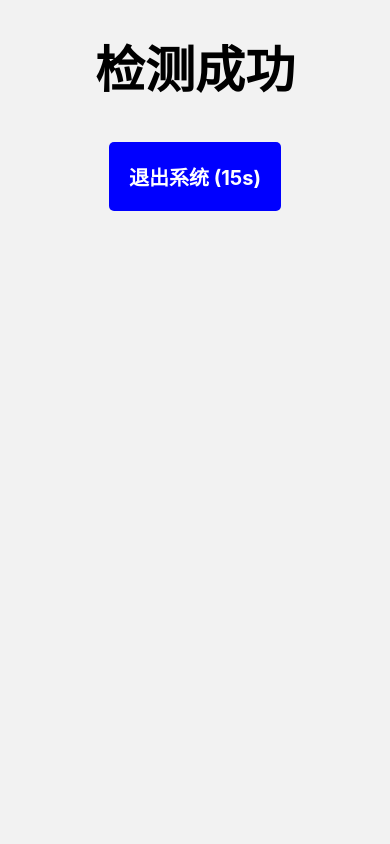
Repository: Declan-Deng/HuoXinApp
Screen: /完成界面
These files come from the project's save history. The screen is drawn as it stood at one moment and after the next save; the edit follows.
The app was drawn by React Native's web renderer in a window 390 px wide. The project was rebuilt for these pictures with package versions that can differ from the ones it lists, and the page was loaded fresh each time. Also part of the build but not shown: agreementPage/AgreementPage.js, testPage/CameraScreen.js.

Above is the screen before, as saved 2024-01-23 02:52:55.

After the next save:
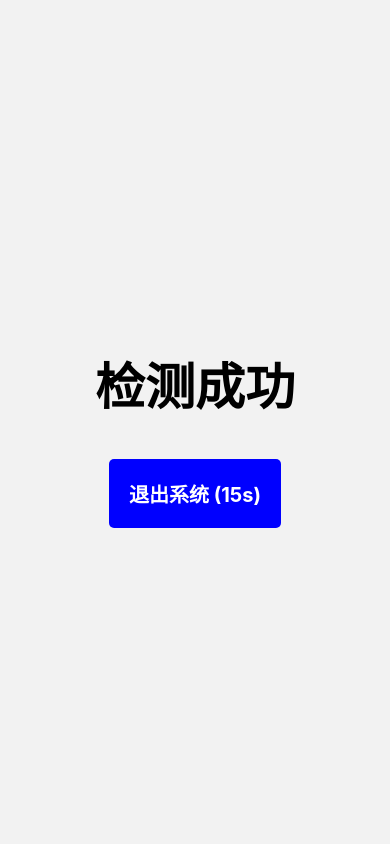
Saved 2 min 50 s later.
--- a/testPage/FinishPage.js
+++ b/testPage/FinishPage.js
@@ -29,18 +29,16 @@ export default function FinishPage(props) {
   };
 
   return (
-    <ScrollView>
-      <View style={[styles.center]}>
-        <Text style={[styles.h1]}>检测成功</Text>
-        <TouchableOpacity
-          style={styles.circleButton}
-          onPress={() => doLogout(props)}>
-          <Text style={styles.buttonText}>
-            退出系统 {countdown > 0 ? `(${countdown}s)` : ''}
-          </Text>
-        </TouchableOpacity>
-      </View>
-    </ScrollView>
+    <View style={[styles.center]}>
+      <Text style={[styles.h1]}>检测成功</Text>
+      <TouchableOpacity
+        style={styles.circleButton}
+        onPress={() => doLogout(props)}>
+        <Text style={styles.buttonText}>
+          退出系统 {countdown > 0 ? `(${countdown}s)` : ''}
+        </Text>
+      </TouchableOpacity>
+    </View>
   );
 }
 
